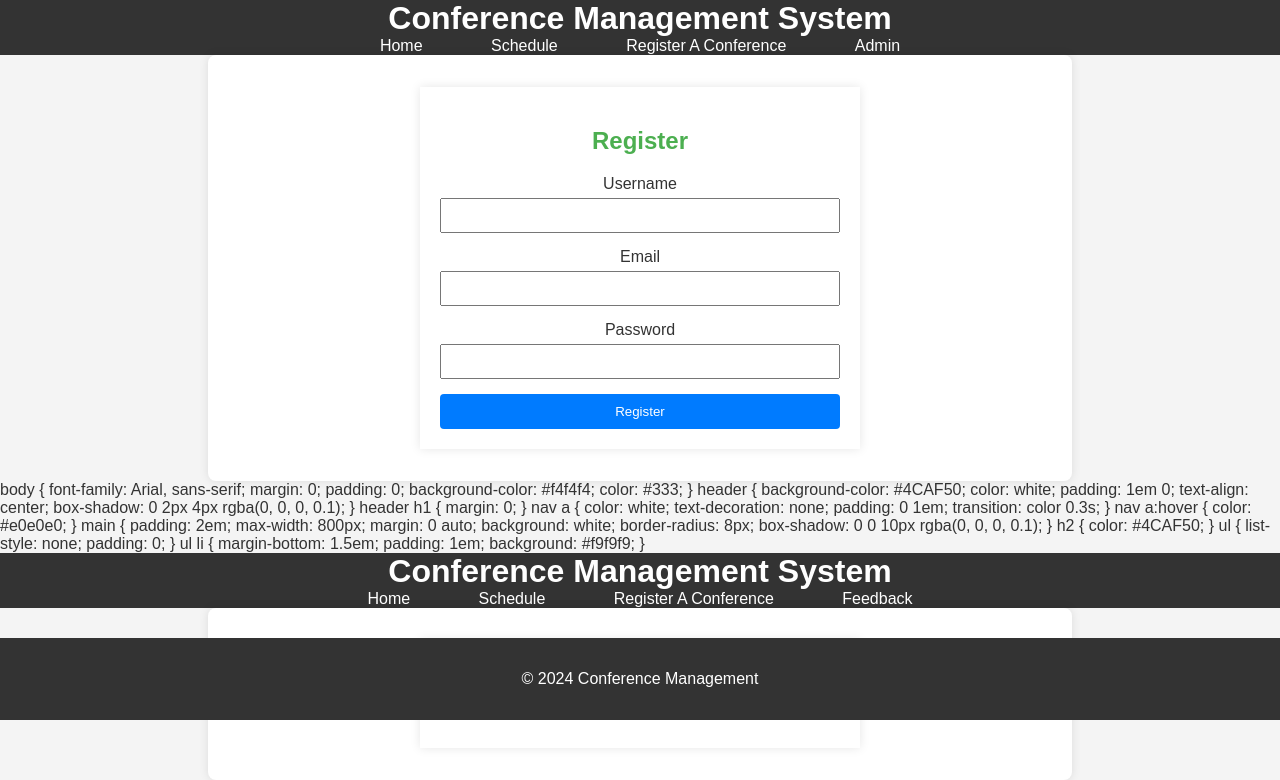
Repository: AMIT1439027/conferenceapp
Page: http://localhost/user_register.php
The author's editor kept a copy of each file at every save. The page is drawn from the files as they stood at one save, then again after a run of saves.
The browser window is 1280 px wide. The pictures show the whole page.
The page is run by PHP 8.4 with error messages shown; the project is at /var/www/html/. Queries for data that is not in the repository find no rows.

Above is the page before, as saved 2024-05-29 15:28:44.

After the next 2 saves:
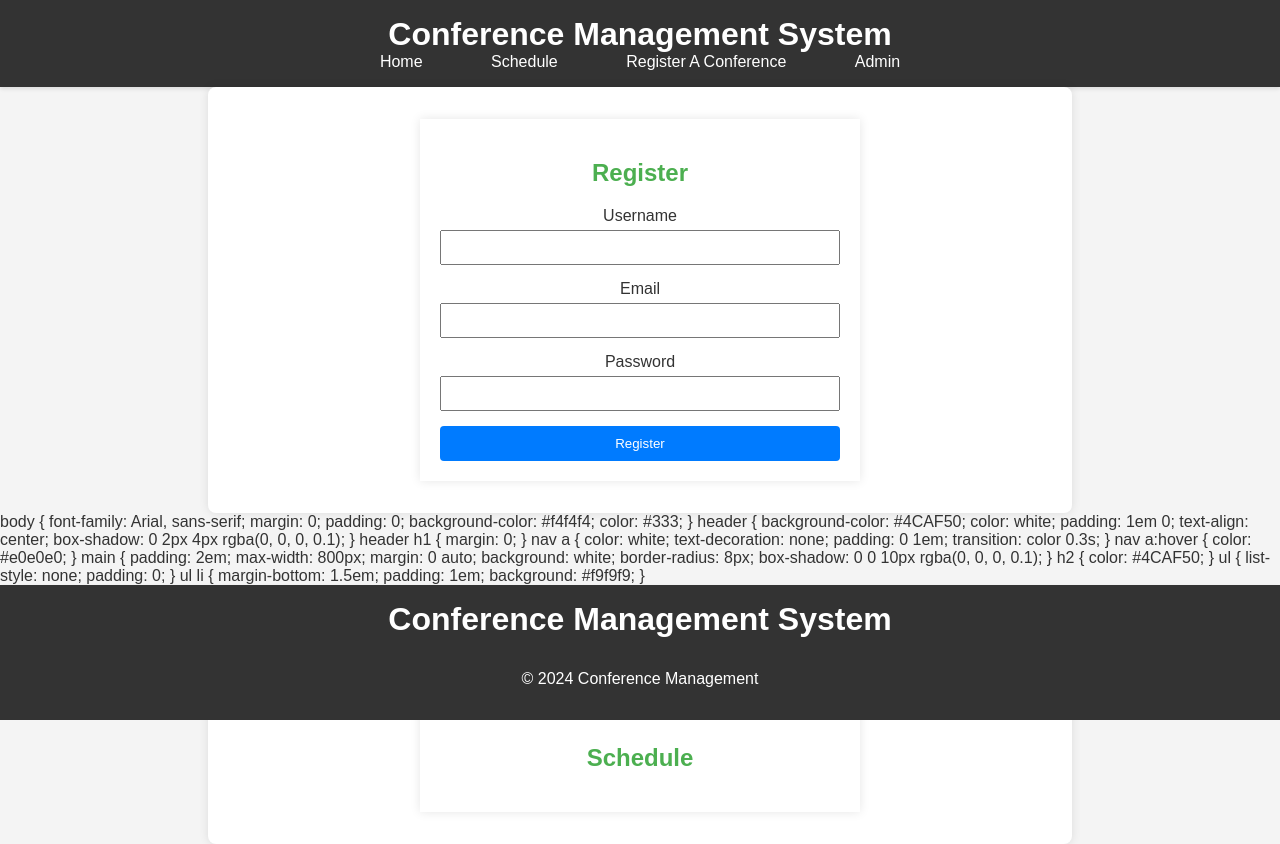
The 2 saves are shown as one change because they came seconds apart.
The last was saved 22 s later.
--- a/styles.css
+++ b/styles.css
@@ -8,7 +8,7 @@ body {
     color: #333;
 }
 /*  new css */
-eader {
+ header {
     background-color: #4CAF50;
     color: white;
     padding: 1em 0;
